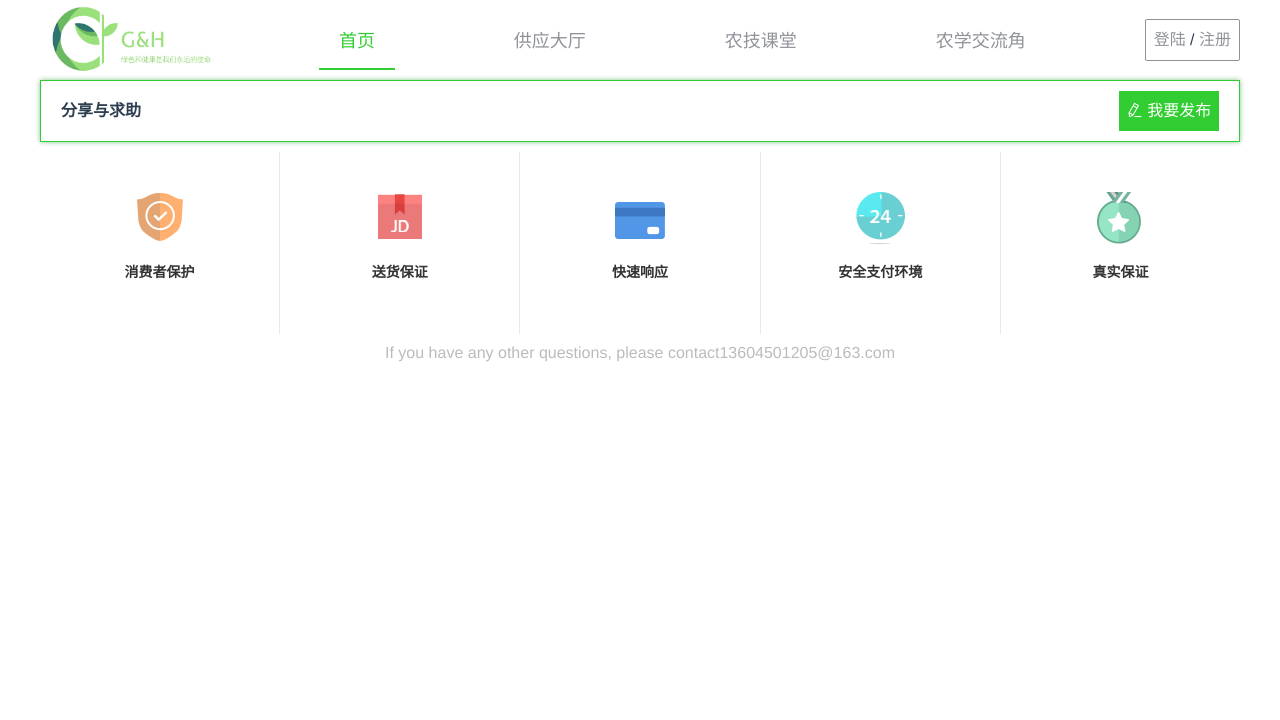
Repository: Miraitowa007/neau
Page: /communication
An editor plug-in stored every save of this project. The page is shown before and after the next save, followed by the edit.
The browser window is 1280 px wide. The pictures show the whole page.
The project was rebuilt for these pictures with package versions that can differ from the ones it lists, and the page was loaded fresh each time. Also part of the build but not shown: vue.config.js, src/views/home/index.vue, src/views/login/index.vue, src/views/sale/index.vue, src/views/class/index.vue.

Above is the page before, as saved 2021-04-30 11:22:56.

After the next save:
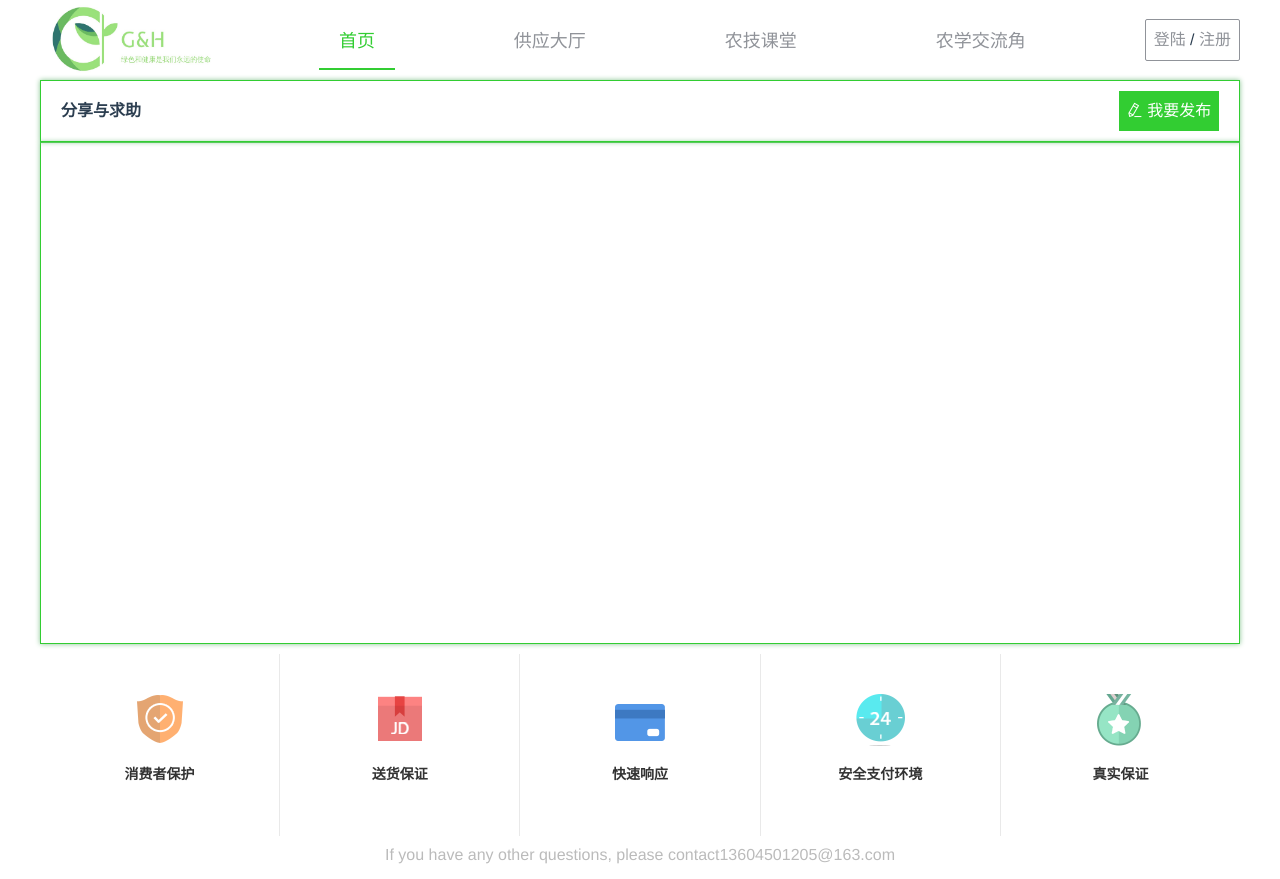
Saved 59 s later.
--- a/src/views/communication/index.vue
+++ b/src/views/communication/index.vue
@@ -7,6 +7,9 @@
                 我要发布
             </button>
         </header>
+        <div class="container">
+
+        </div>
     </div>
 </template>
 
@@ -43,5 +46,10 @@
             color: #fff;
         }
     }
+    .container{
+        min-height: 500px;
+        border: 1px solid #32CD32;
+        box-shadow: 0px 0px 5px rgb(133, 196, 143);
+    }
 }
 </style>
